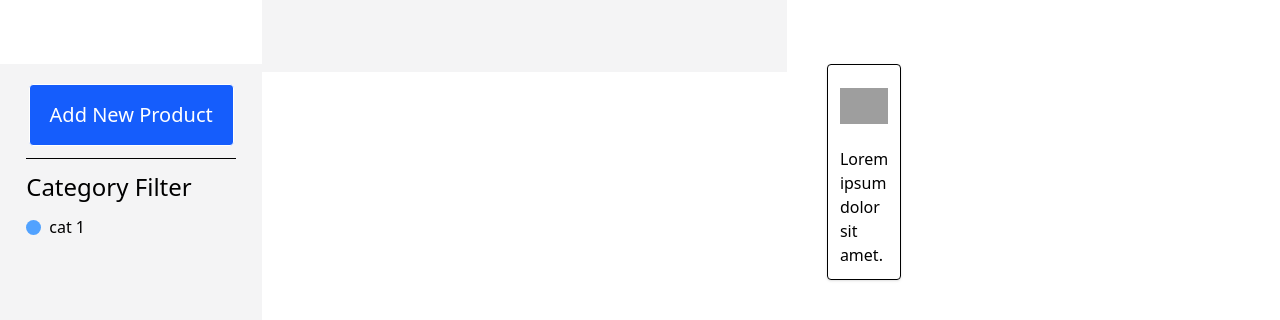
Repository: Habeebur1493/project
Page: /Home
An editor plug-in stored every save of this project. The page is shown before and after the next save, followed by the edit.
The browser window is 1280 px wide. The pictures show the whole page.
Pictures or frames that could not be fetched are drawn as grey boxes. The project was rebuilt for these pictures with package versions that can differ from the ones it lists, and the page was loaded fresh each time. Also part of the build but not shown: vite.config.js, src/Components/Login.jsx, src/Components/Details.jsx.

Above is the page before, as saved 2025-01-31 11:46:20.

### index.html
<!doctype html>
<html lang="en">
  <head>
    <meta charset="UTF-8" />
    <meta name="viewport" content="width=device-width, initial-scale=1.0" />
    <title>Project</title>
  </head>
  <body>
    <div id="root"></div>
    <script type="module" src="/src/main.jsx"></script>
  </body>
</html>

### src/main.jsx
import React from "react";
import { createRoot } from "react-dom/client";
import App from "./App.jsx";
import { BrowserRouter } from "react-router-dom";

createRoot(document.getElementById("root")).render(

    <BrowserRouter>
      <App />
    </BrowserRouter>

);

### src/App.jsx
import React from "react";
import "./App.css";
import { Route, Routes } from "react-router-dom";
import Login from "./Components/Login.jsx";
import Home from "./Components/Home.jsx";
import Details from "./Components/Details.jsx";

const App = () => {
  return (
    <div className="h-screen w-screen flex">
      <Routes>
        <Route path="/" element={<Login />} />
        <Route path="/Home" element={<Home />} />
        <Route path="/details/:id" element={<Details />} />
      </Routes>
    </div>
  );
};

export default App;

### src/Components/Home.jsx
import React from 'react'
import Nav from './Nav'
import { Link } from 'react-router-dom'



const Home = () => {
  return (
    <>
    <Nav />

    <div className='w-[85%] p-10 pt-[5%] flex flex-wrap overflow-x-hidden overflow-y-auto'>
          <Link
          to='/details/1'
            className='mr-3 mb-3 card p-3 border shadow rounded w-[18%] h-[30vh] flex-col flex
            justify-center items-center'>
            <div
               className='hover:scale-110 mb-3 w-full h-[80%] bg-contain bg-no-repeat bg-center'
               style={{
                  backgroundImage:
                      "url(https://fakestoreapi.com/img/81fPKd-2AYL._AC_SL1500_.jpg)",
               }}
            ></div>
            <h1 className="hover:text-blue-300">Lorem ipsum dolor sit amet.</h1>
        </Link>
    </div>
    </>
  )
}

export default Home

### src/Components/Nav.jsx
import React from "react";

const Nav = () => {
  return (
    <>
      <nav className="w-[50%] h-[90%] mt-[5%] bg-zinc-100 flex flex-col items-center pt-5 relative">
        <a
          className="py-4 px-5 border rounded text-white text-xl bg-blue-600"
          href="/create"
        >
          Add New Product
        </a>
        <hr className="my-3 w-[80%]" />
        <h1 className="text-2xl mb-3 w-[80%]">Category Filter</h1>
        <ul className="w-[80%]">
          <li className="flex items-center mb-3">
            <span className="rounded-full mr-2 w-[15px] h-[15px] bg-blue-400"></span>
            {""}
            cat 1
          </li>
        </ul>
      </nav>

      <nav className="w-full h-[10%] bg-zinc-100 flex justify-evenly items-center">

      </nav>
    </>
  );
};

export default Nav;

Loaded but not shown: src/App.css (common file)

After the next save:
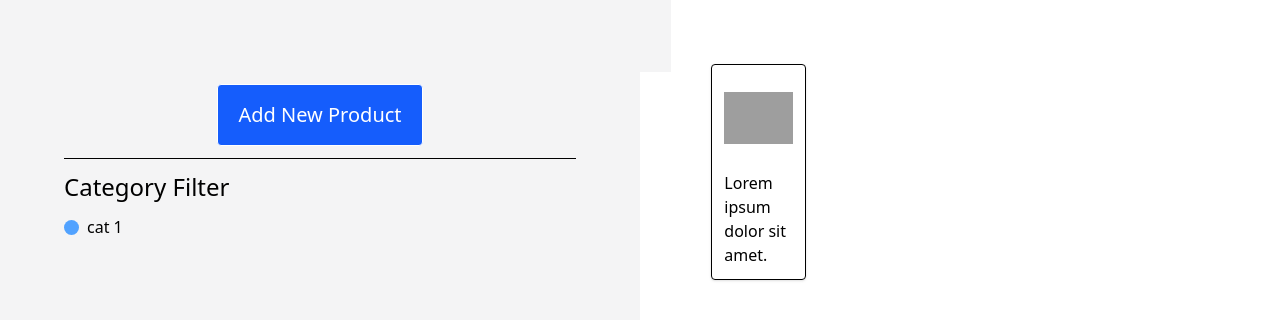
Saved 12 s later.
--- a/src/Components/Nav.jsx
+++ b/src/Components/Nav.jsx
@@ -3,7 +3,7 @@
 const Nav = () => {
   return (
     <>
-      <nav className="w-[50%] h-[90%] mt-[5%] bg-zinc-100 flex flex-col items-center pt-5 relative">
+      <nav className="w-[50%] h-[90%] mt-[5%] bg-zinc-100 flex flex-col items-center pt-5 absolute">
         <a
           className="py-4 px-5 border rounded text-white text-xl bg-blue-600"
           href="/create"

After the 2 saves that followed:
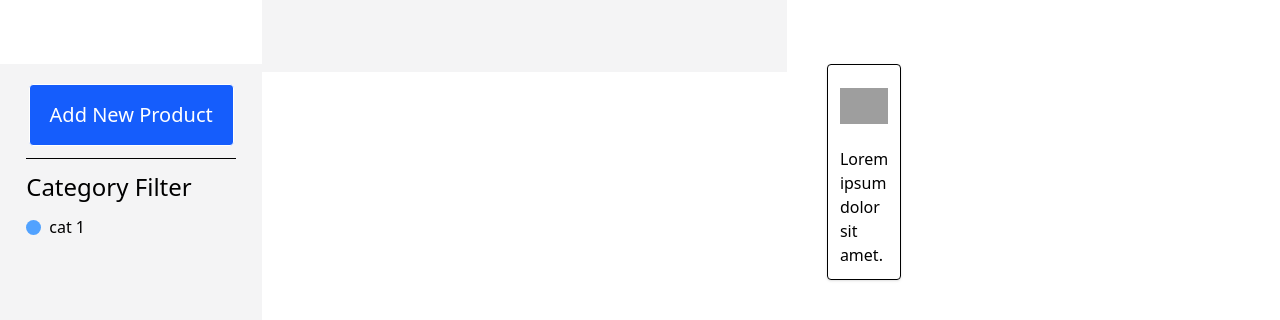
The 2 saves are shown as one change because 1 left the picture as it was.
The last was saved 37 s later.
--- a/src/Components/Nav.jsx
+++ b/src/Components/Nav.jsx
@@ -3,7 +3,7 @@
 const Nav = () => {
   return (
     <>
-      <nav className="w-[50%] h-[90%] mt-[5%] bg-zinc-100 flex flex-col items-center pt-5 absolute">
+      <nav className="w-[50%] h-[90%] mt-[5%] bg-zinc-100 flex flex-col items-center pt-5 ">
         <a
           className="py-4 px-5 border rounded text-white text-xl bg-blue-600"
           href="/create"
@@ -21,7 +21,7 @@
         </ul>
       </nav>
 
-      <nav className="w-full h-[10%] bg-zinc-100 flex justify-evenly items-center">
+      <nav className="w-screen h-[10%] bg-zinc-100 flex justify-evenly items-center">
 
       </nav>
     </>
